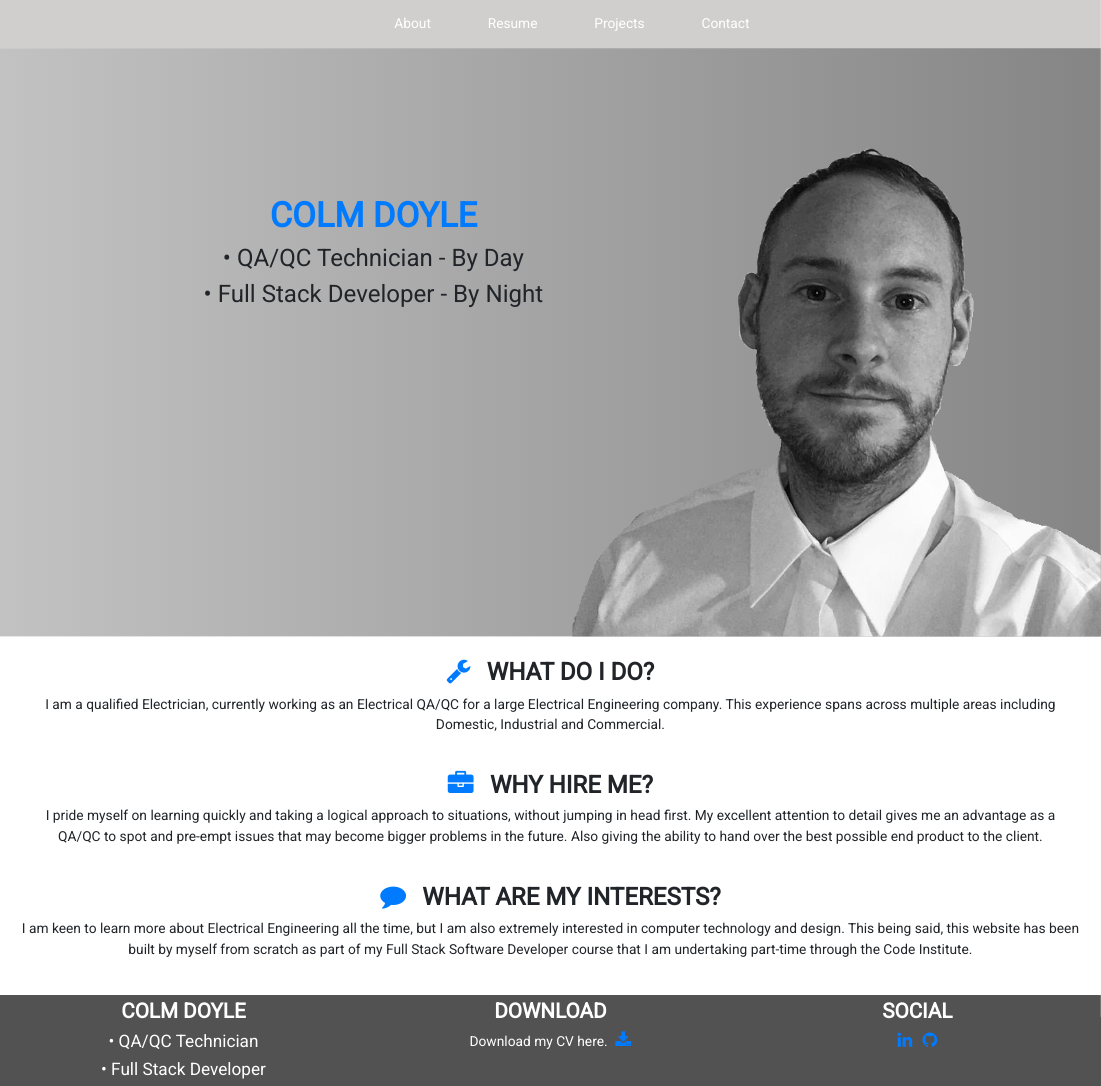
Repository: Code-Institute-Submissions/collyd21-milestone1
Page: index.html
The author's editor kept a record of every edit. The page is drawn from the files as they stood at one moment, then again after the next edit.
The browser window is 1280 px wide. The pictures show the whole page, at 86% of full size.

Above is the page before.

### index.html
<!DOCTYPE html>
<html lang="en">

<head>
    <meta charset="UTF-8">
    <meta name="viewport" content="width=device-width, initial-scale=1.0">
    <meta http-equiv="X-UA-Compatible" content="ie=edge">
    <script src="https://code.jquery.com/jquery-3.4.1.slim.min.js" integrity="sha384-J6qa4849blE2+poT4WnyKhv5vZF5SrPo0iEjwBvKU7imGFAV0wwj1yYfoRSJoZ+n" crossorigin="anonymous"></script>
    <script src="https://stackpath.bootstrapcdn.com/bootstrap/4.4.1/js/bootstrap.min.js" integrity="sha384-wfSDF2E50Y2D1uUdj0O3uMBJnjuUD4Ih7YwaYd1iqfktj0Uod8GCExl3Og8ifwB6" crossorigin="anonymous"></script>
    <link rel="stylesheet" href="https://stackpath.bootstrapcdn.com/bootstrap/4.4.1/css/bootstrap.min.css" integrity="sha384-Vkoo8x4CGsO3+Hhxv8T/Q5PaXtkKtu6ug5TOeNV6gBiFeWPGFN9MuhOf23Q9Ifjh" crossorigin="anonymous">
    <link rel="stylesheet" href="https://stackpath.bootstrapcdn.com/font-awesome/4.7.0/css/font-awesome.min.css" type="text/css" />
    <link href="https://fonts.googleapis.com/css?family=Roboto&display=swap" rel="stylesheet">
    <link rel="stylesheet" href="assets/css/style.css">
    <title>Colm Doyle - Personal Profile</title>
</head>

<body>

    <!--*******************************Navbar*******************************-->

    <nav class="navbar navbar-expand-md">
        <button class="navbar-toggler custom " data-toggle="collapse" data-target="#collapse_target">
                <span class="navbar-toggler-icon"></span>
            </button>
        <div class="justify-content-center collapse navbar-collapse" id="collapse_target">
            <ul class="navbar-nav">
                <li class="nav-item">
                    <a class="nav-link" href="index.html">About</a>
                </li>
                <li class="nav-item">
                    <a class="nav-link" href="resume.html">Resume</a>
                </li>
                <li class="nav-item">
                    <a class="nav-link" href="projects.html">Projects</a>
                </li>
                <li class="nav-item">
                    <a class="nav-link" href="contact.html">Contact</a>
                </li>
            </ul>
        </div>
    </nav>

<!--*******************************Header*******************************-->

    <header class="jumbotron-fluid">
        <div class="container-fluid no-gutters d-none d-md-block" id="main-view-large">
            <div class="row">
                <div class="col-lg-8 col-md-8 col-sm-12 col-xs-12" id="about-large">
                    <h1 class="uppercase-jumbo">Colm Doyle</h1>
                    <h3> &bull; QA/QC Technician - By Day</h3>
                    <h3> &bull; Full Stack Developer - By Night</h3>
                </div>
            </div>
        </div>
        <div class="container-fluid no-gutters d-block d-md-none" id="main-view-small">
            <div class="row">
                <div class="col-lg-8 col-md-8 col-sm-12 col-xs-12" id="about-small">
                    <h1 class="uppercase-jumbo">Colm Doyle</h1>
                    <h3> &bull; QA/QC Technician - By Day</h3>
                    <h3> &bull; Full Stack Developer - By Night</h3>
                </div>
            </div>
        </div>
    </header>

<!--*******************************3 Questions*******************************-->

    <section id="what-i-do-section">
        <div class="container-fluid questions">
            <div class="row">
                <div class="col-12">
                    <i class="fa fa-wrench" aria-hidden="true"></i>
                    <h3 class="inline-block uppercase">What do i do?</h3>
                </div>
            </div>
            <div class="row">
                <div class="col-12">
                    <p class="question-margin">I am a qualified Electrician, currently working as an Electrical QA/QC for a large Electrical Engineering company. This experience spans across multiple areas including Domestic, Industrial and Commercial. </p>
                </div>
            </div>
        </div>
    </section>
    <section id="why-hire-me-section">
        <div class="container-fluid questions">
            <div class="row">
                <div class="col-12">
                    <i class="fa fa-briefcase" aria-hidden="true"></i>
                    <h3 class="inline-block uppercase ">Why Hire me? </h3>
                </div>
            </div>
            <div class="row">
                <div class="col-12">
                    <p class="question-margin">I pride myself on learning quickly and taking a logical approach to situations, without jumping in head first. My excellent attention to detail gives me an advantage as a QA/QC to spot and pre-empt issues that may become bigger problems
                        in the future. Also giving the ability to hand over the best possible end product to the client. </p>
                </div>
            </div>
        </div>
    </section>
    <section id="my-interests-section">
        <div class="container-fluid questions">
            <div class="row">
                <div class="col-12">
                    <i class="fa fa-comment " aria-hidden="true"></i>
                    <h3 class="inline-block uppercase ">What are my Interests? </h3>
                </div>
            </div>
            <div class="row">
                <div class="col-12">
                    <p>I am keen to learn more about Electrical Engineering all the time, but I am also extremely interested in computer technology and design. This being said, this website has been built by myself from scratch as part of my Full Stack Software
                        Developer course that I am undertaking part-time through the Code Institute. </p>
                </div>
            </div>
        </div>
    </section>

    <!--*******************************Footer*******************************-->

    <footer class="container-fluid">
        <div class="row" id="footer">
            <div class="col-sm-4">
                <h4 class="uppercase footer">Colm Doyle</h4>
                <h5>&bull; QA/QC Technician</h5>
                <h5>&bull; Full Stack Developer</h5>
            </div>
            <div class="col-sm-4">
                <h4 class="uppercase">Download</h4>
                <p class="inline-block">
                    Download my CV here.
                    <a href="assets/pdfs/Colm Doyle CV.pdf target="_blank" class="cv-pdf" title="Colm Doyle CV">
                        <i class="fa fa-download" aria-hidden="true"></i>
                        <span class="sr-only">Download link</span>
                    </a>
                </p>
            </div>
            <div class="col-sm-4">
                <h4 class="uppercase">Social</h4>
                <ul class="list-inline social-links">
                    <li class="list-inline-item">
                        <a target="_blank" href="https://linkedin.com/in/colm-doyle-88b0b6164">
                            <i class="fa fa-linkedin" aria-hidden="true"></i>
                            <span class="sr-only">LinkedIn</span>
                     </a>
                    </li>
                    <li class="list-inline-item">
                        <a target="_blank" href="https://github.com/collyd21">
                            <i class="fa fa-github " aria-hidden="true"></i>
                            <span class="sr-only">Github</span>
                        </a>
                </ul>
            </div>
        </div>
    </footer>
</body>

</html>

### assets/css/style.css
/*-----------------------------------------------Navbar----------------------------------------*/

.navbar {
    font-family: "Roboto", sans-serif;
    background-color: #d1cfce;
    width: 100vw;
}

.nav-link {
    margin-left: 50px;
    color: #fff;
}

.navbar a:hover {
    color: #007bff;
}

.navbar-toggler {
    border-color: #007bff;
}

.navbar-toggler-icon {
    background-image: url("data:[embedded picture, 238 characters]");
}


/*-----------------------------------------------Header/Jumbotron----------------------------------------*/

#main-view-large {
    background-image: url('../images/portrait.png'), linear-gradient(to right, #c2c2c2 0%, #858585 100%);
    background-position: bottom;
    background-size: cover;
    height: 95vh;
    width: 100vw;
    position: relative;
}

#main-view-small {
    background-image: linear-gradient(to right, #c2c2c2 0%, #858585 100%);
    background-position: bottom;
    background-size: cover;
    height: 80vh;
    width: 100vw;
    position: relative;
    padding-left: 0px;
    padding-right: 0px;
}

#about-large,
#about-small {
    font-family: 'Roboto', sans-serif;
    text-align: center;
    position: absolute;
    top: 25%;
    padding-right: 0px;
}

#resume-large {
    font-family: 'Roboto', sans-serif;
    text-align: center;
    position: absolute;
    top: 10%;
}

#resume-small {
    font-family: 'Roboto', sans-serif;
    text-align: center;
    position: absolute;
    top: 10%;
    padding-right: 15px;
    right: 0px;
}

#projects {
    font-family: 'Roboto', sans-serif;
    text-align: center;
    position: absolute;
    top: 15%;
}

#contact-large {
    font-family: 'Roboto', sans-serif;
    text-align: center;
    position: absolute;
    top: 25%;

}

#contact-small {
    font-family: 'Roboto', sans-serif;
    text-align: center;
    position: absolute;
    top: 25%;
    padding-right: 15px;
    right: 0px;

}

.uppercase-jumbo {
    text-transform: uppercase;
    font-weight: bold;
    color: #007bff
}

/*-----------------------------------------------3 Questions----------------------------------------*/

.questions {
    font-family: 'Roboto', sans-serif;
    margin-top: 25px;
    margin-bottom: 25px;
    text-align: center;
}

.question-margin {
    font-family: 'Roboto', sans-serif;
    padding-left: 30px;
    padding-right: 30px;
    text-align: center;
}

.uppercase {
    text-transform: uppercase;
    font-weight: bold;
}

.questions i {
    font-size: 30px;
    color: #007bff;
    text-align: center;
    margin-right: 15px;
}


/*-----------------------------------------------Footer----------------------------------------*/

.inline-block {
    display: inline-block;
}

#footer {
    padding-top: 5px;
    padding-left: 0px;
    padding-right: 0px;
    font-family: 'Roboto', sans-serif;
    background-color: #525252;
    color: #fff;
    text-align: center;
    position: relative;
    width: 100vw;
}

.cv-pdf i {
    padding-left: 5px;
    font-size: 20px;
}

.social-links li a i {
    font-size: 20px;
}

/*--------------------------------------------Work History / Education / Projects-----------------------------------*/

.top-margin {
    padding-top: 50px;
    margin-bottom: 50px;
    color: #525252;
    font-weight: bold;
    text-align: center;
}

.h3-colour {
    color: #007bff;
}

.bg-colour-1 {
    background-color: #e4e4e4;
}


.sts-logo {
    height: 300px;
    width: 300px;
    margin-left: 150px;
    margin-top: 100px;
}

.mech-logo {
    height: 95px;
    width: 400px;
    margin-left: 150px;
    margin-top: 250px;
}

.hs-logo {
    height: 200px;
    width: 450px;
    margin-left: 100px;
    margin-top: 200px;
}

.img-center {
    margin: auto;
    display: block;
}

.work {
    text-align: center;
}

.work p {
    color: #525252;
    margin-left: 30px;
    margin-right: 30px;
    line-height: 20px;
}

.bottom-margin {
    margin-bottom: 50px;
}

.accreditation {
    text-align: center;
        background-color: #eeeeee;
}

.accreditation p {
    color: #525252;
    margin-left: 30px;
    margin-right: 30px;
    line-height: 20px;
}

.projects {
    margin-top: 50px;
    color: #525252;
    text-align: center;
}

.projects p {
    color: #525252;
    margin-left: 30px;
    margin-right: 30px;
    line-height: 20px;
}

.data-centre {
    background-image: url('../images/datacentre20.jpg');
    background-size: cover;
}

.wework {
    background-image: url('../images/wework20.jpg');
    background-size: cover;
}

.pharma {
    background-image: url('../images/pharma20.jpg');
    background-size: cover;
}

.line {
    margin-top: 0em;
    margin-bottom: 0em;
    border-top: 1px solid #007bff;
}


/*--------------------------------------------Contact Form-----------------------------------*/

.contact-heading {
    font-family: "Roboto", sans-serif;
    font-weight: 300;
    margin-top: 25px;
    margin-bottom: 20px;
    color: #525252;
}

.contact-form {
    padding-left: 0;
    padding-right: 0;
}

.center-form {
    padding-top: 10px;
    margin: 0 auto;
    max-width: 70%;
}

button[type="submit"] {
    margin-top: 15px;
    margin-bottom: 20px;
    color: #fafafa;
    background-color: #007bff;
}

button[type="submit"]:hover {
    background-color: #3251c9;
}

After the next edit:
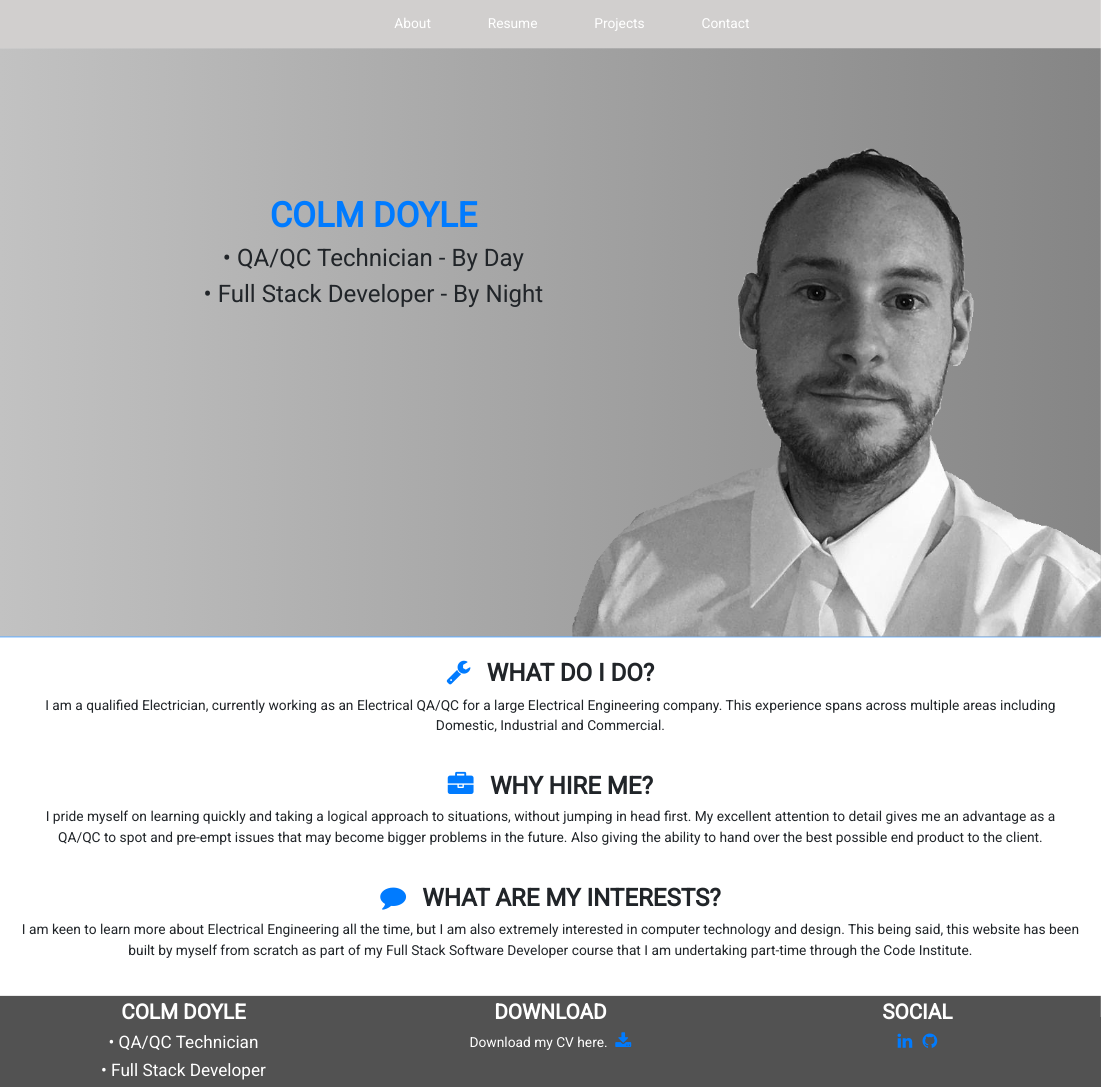
The edit:
--- a/index.html
+++ b/index.html
@@ -11,6 +11,8 @@
     <link rel="stylesheet" href="https://stackpath.bootstrapcdn.com/font-awesome/4.7.0/css/font-awesome.min.css" type="text/css" />
     <link href="https://fonts.googleapis.com/css?family=Roboto&display=swap" rel="stylesheet">
     <link rel="stylesheet" href="assets/css/style.css">
+    <link rel="shortcut icon" href="favicon.ico" type="image/x-icon">
+    <link rel="icon" href="favicon.ico" type="image/x-icon">
     <title>Colm Doyle - Personal Profile</title>
 </head>
 
@@ -40,7 +42,7 @@
         </div>
     </nav>
 
-<!--*******************************Header*******************************-->
+    <!--*******************************Header*******************************-->
 
     <header class="jumbotron-fluid">
         <div class="container-fluid no-gutters d-none d-md-block" id="main-view-large">
@@ -62,8 +64,9 @@
             </div>
         </div>
     </header>
+<hr class="line">
 
-<!--*******************************3 Questions*******************************-->
+    <!--*******************************3 Questions*******************************-->
 
     <section id="what-i-do-section">
         <div class="container-fluid questions">
@@ -126,25 +129,25 @@
                 <h4 class="uppercase">Download</h4>
                 <p class="inline-block">
                     Download my CV here.
-                    <a href="assets/pdfs/Colm Doyle CV.pdf target="_blank" class="cv-pdf" title="Colm Doyle CV">
-                        <i class="fa fa-download" aria-hidden="true"></i>
-                        <span class="sr-only">Download link</span>
+                    <a href="assets/pdfs/Colm Doyle CV.pdf target=" _blank " class="cv-pdf " title="Colm Doyle CV ">
+                        <i class="fa fa-download " aria-hidden="true "></i>
+                        <span class="sr-only ">Download link</span>
                     </a>
                 </p>
             </div>
-            <div class="col-sm-4">
-                <h4 class="uppercase">Social</h4>
-                <ul class="list-inline social-links">
-                    <li class="list-inline-item">
-                        <a target="_blank" href="https://linkedin.com/in/colm-doyle-88b0b6164">
-                            <i class="fa fa-linkedin" aria-hidden="true"></i>
-                            <span class="sr-only">LinkedIn</span>
+            <div class="col-sm-4 ">
+                <h4 class="uppercase ">Social</h4>
+                <ul class="list-inline social-links ">
+                    <li class="list-inline-item ">
+                        <a target="_blank " href="https://linkedin.com/in/colm-doyle-88b0b6164 ">
+                            <i class="fa fa-linkedin " aria-hidden="true "></i>
+                            <span class="sr-only ">LinkedIn</span>
                      </a>
                     </li>
-                    <li class="list-inline-item">
-                        <a target="_blank" href="https://github.com/collyd21">
-                            <i class="fa fa-github " aria-hidden="true"></i>
-                            <span class="sr-only">Github</span>
+                    <li class="list-inline-item ">
+                        <a target="_blank " href="https://github.com/collyd21 ">
+                            <i class="fa fa-github " aria-hidden="true "></i>
+                            <span class="sr-only ">Github</span>
                         </a>
                 </ul>
             </div>
